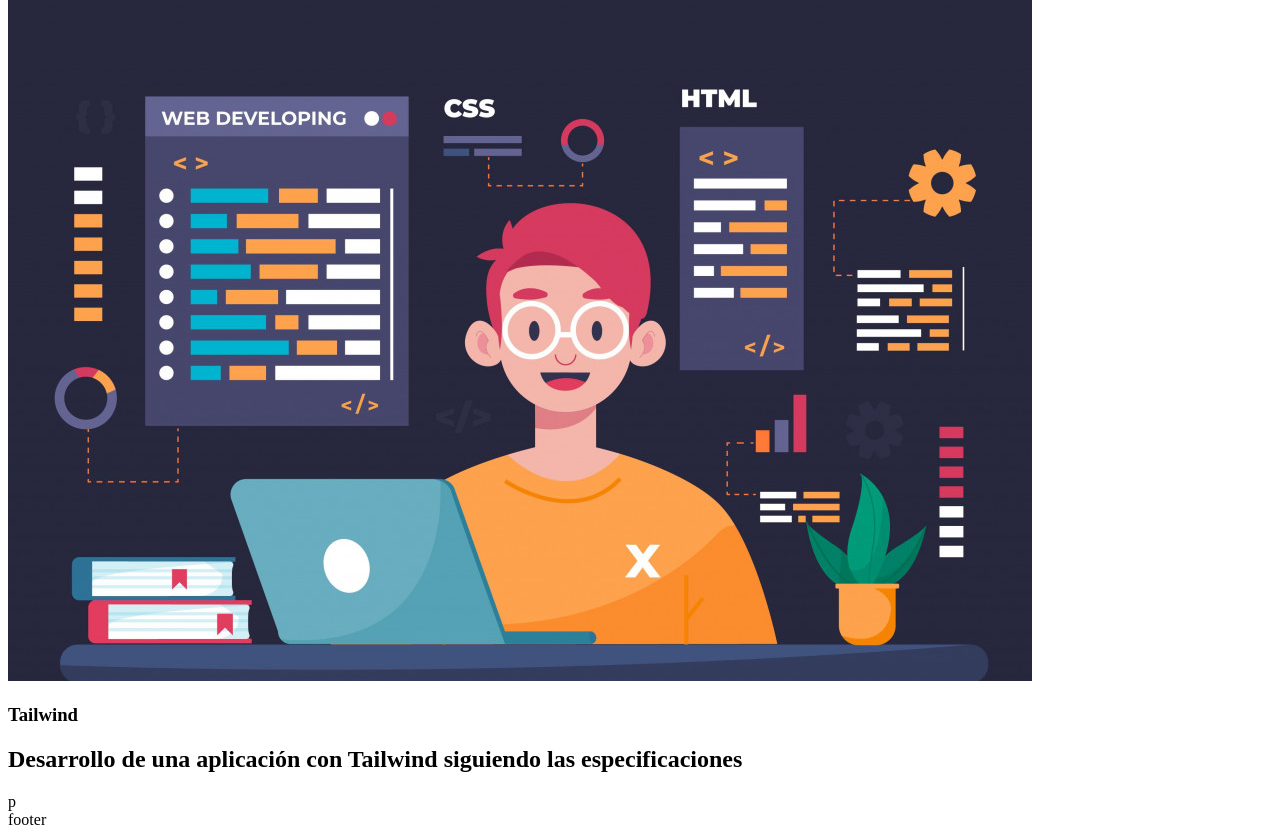
Repository: pedro-donoso/curso-tailwind
Page: index.html
The author's editor kept a copy of each file at every save. The page is drawn from the files as they stood at one save, then again after a run of saves.
The browser window is 1280 px wide. The pictures show the part of the page from y = 1644 to 2515 px (the page is 2481 px tall before and 2515 px after).
A picture or video elsewhere on the page could not be fetched, so the positions and the page height are approximate.

Above is the page before, as saved 2024-01-23 13:03:44.

### index.html
<!doctype html>
<html lang="es">

<head>
    <meta charset="UTF-8" />
    <meta name="viewport" content="width=device-width, initial-scale=1.0" />

    <link rel="stylesheet" href="tailwind.css" />

    <title>
        Curso Tailwind
    </title>
</head>

<body class="bg-slate-300">

    <header class="bg-white px-6 shadow">
        <div class="flex h-16 items-center justify-between max-w-6xl mx-auto">
            <button class="text-slate-500 hover:bg-sky-500 hover:text-slate-100 rounded p-1 -ml-1 transition-colors focus:ring-2 focus:ring-slate-200">
                <svg
                class="h-6 w-6"
                fill="none" stroke-width="1.5"
                stroke="currentColor"
                viewBox="0 0 24 24"
                    xmlns="http://www.w3.org/2000/svg" aria-hidden="true">
                    <path stroke-linecap="round" stroke-linejoin="round" d="M3.75 6.75h16.5M3.75 12h16.5m-16.5 5.25h16.5"></path>
                </svg>
            </button>

            <div class="flex -mr-4 items-center">
                 <a
            class="text-sky-500 hover:rotate-6 duration-200"
            href="">
              <svg
        class="h-8 w-8"
        fill="none"
        stroke-width="1.5"
        stroke="currentColor"
        viewBox="0 0 24 24"
            xmlns="http://www.w3.org/2000/svg" aria-hidden="true">
            <path stroke-linecap="round" stroke-linejoin="round"
                d="M4.26 10.147a60.438 60.438 0 0 0-.491 6.347A48.62 48.62 0 0 1 12 20.904a48.62 48.62 0 0 1 8.232-4.41 60.46 60.46 0 0 0-.491-6.347m-15.482 0a50.636 50.636 0 0 0-2.658-.813A59.906 59.906 0 0 1 12 3.493a59.903 59.903 0 0 1 10.399 5.84c-.896.248-1.783.52-2.658.814m-15.482 0A50.717 50.717 0 0 1 12 13.489a50.702 50.702 0 0 1 7.74-3.342M6.75 15a.75.75 0 1 0 0-1.5.75.75 0 0 0 0 1.5Zm0 0v-3.675A55.378 55.378 0 0 1 12 8.443m-7.007 11.55A5.981 5.981 0 0 0 6.75 15.75v-1.5">
            </path>
        </svg>
                </a>

                <div class="space-x-8 ml-8 hidden md:flex">
                    <a class="px-3 py-2 text-sky-500" href="#">Inicio</a>
                    <a class="text-slate-600 transition-colors px-3 py-2 hover:text-sky-500" href="#">Sobre mí</a>
                    <a class="text-slate-600 transition-colors px-3 py-2 hover:text-sky-500" href="#">Novedades</a>
                    <a class="text-slate-600 transition-colors px-3 py-2 hover:text-sky-500" href="#">Contacto</a>
                </div>

            </div>



            <div class="flex ">
                <button class="text-slate-500 hover:text-sky-500 rounded-full transition-colors focus:ring-2 focus:ring-slate-200 focus:ring-offset-1">
                    <svg
                    class="h-6 w-6"
                    fill="none"
                    stroke-width="1.5"
                    stroke="currentColor" viewBox="0 0 24 24"
                        xmlns="http://www.w3.org/2000/svg" aria-hidden="true">
                        <path stroke-linecap="round" stroke-linejoin="round"
                            d="M12 3v2.25m6.364.386-1.591 1.591M21 12h-2.25m-.386 6.364-1.591-1.591M12 18.75V21m-4.773-4.227-1.591 1.591M5.25 12H3m4.227-4.773L5.636 5.636M15.75 12a3.75 3.75 0 1 1-7.5 0 3.75 3.75 0 0 1 7.5 0Z">
                        </path>
                    </svg>
                </button>
                <button class="text-slate-500 hover:text-sky-500 rounded-full transition-colors focus:ring-2 focus:ring-slate-200 focus:ring-offset-1 ml-4">
                    <img class="h-6 w-6 rounded-full" src="https://ui-avatars.com/api?name=Pedro+Donoso" alt="Pedro Donoso">
                </button>
            </div>
        </div>

        <div class="space-y-1 pb-3 border-t pt-2 md:hidden">
            <a class="py-2 rounded-md block px-3 bg-sky-500 text-white" href="#">Inicio</a>

            <a class="text-slate-700 py-2 rounded-md transition-colors hover:bg-sky-500 hover:text-white block px-3"
                href="#">Sobre mí</a>

            <a class="text-slate-700 py-2 rounded-md transition-colors hover:bg-sky-500 hover:text-white block px-3"
                href="#">Novedades</a>

            <a class="text-slate-700 py-2 rounded-md transition-colors hover:bg-sky-500 hover:text-white block px-3"
                href="#">Contacto</a>
        </div>

    </header>

    <main class="p-4">
        <article>
            <div><img src="/public/img/imagen1.jpg" alt=""></div>
            <div>
                <h3>Tailwind</h3>
                <h2>Desarrollo de una aplicación con Tailwind siguiendo las especificaciones</h2>
                p
            </div>
            <div>footer</div>
        </article>
    </main>

</body>

</html>

Loaded but not shown: tailwind.css (common file)

After the next 2 saves:
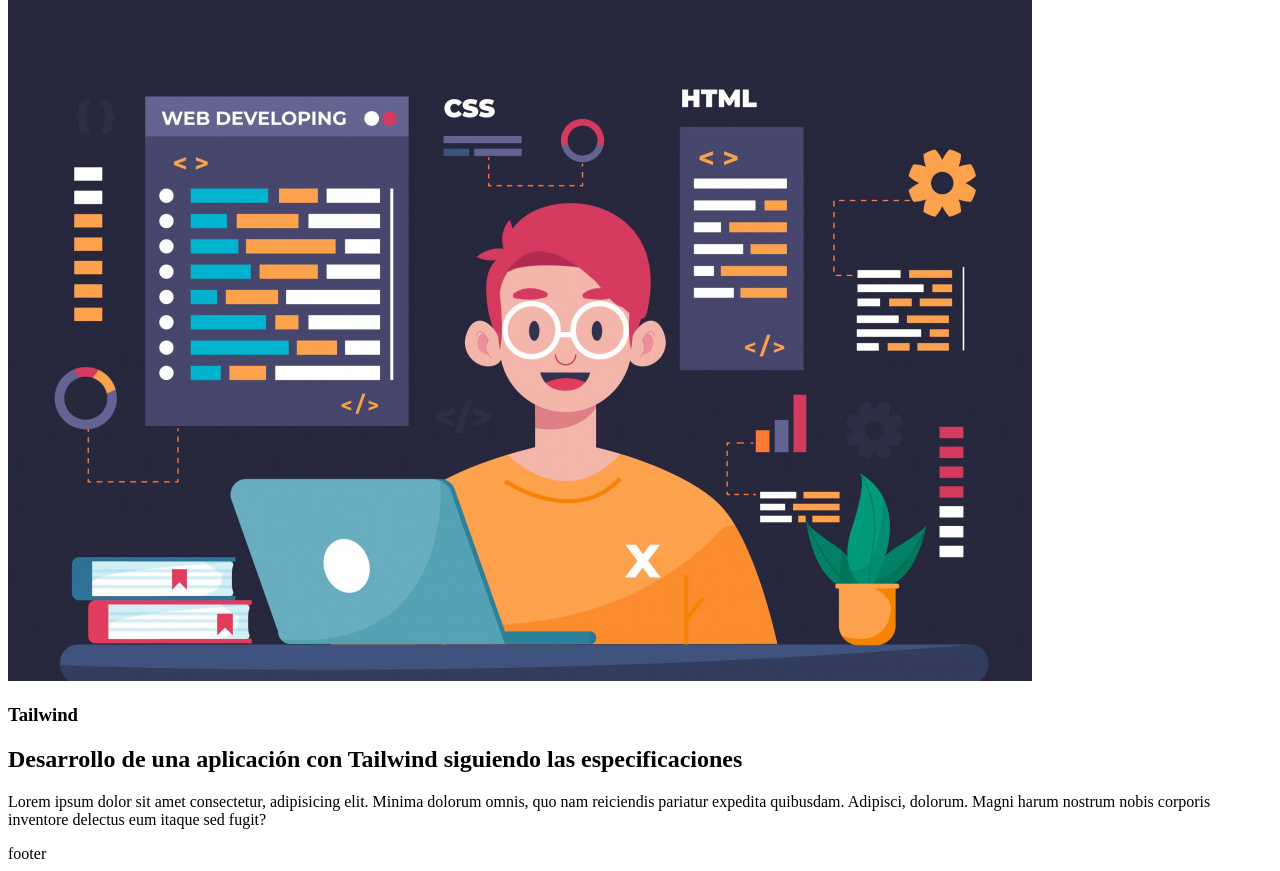
The 2 saves are shown as one change because they came seconds apart.
The last was saved 9 s later.
--- a/index.html
+++ b/index.html
@@ -95,7 +95,7 @@
             <div>
                 <h3>Tailwind</h3>
                 <h2>Desarrollo de una aplicación con Tailwind siguiendo las especificaciones</h2>
-                p
+                <p>Lorem ipsum dolor sit amet consectetur, adipisicing elit. Minima dolorum omnis, quo nam reiciendis pariatur expedita quibusdam. Adipisci, dolorum. Magni harum nostrum nobis corporis inventore delectus eum itaque sed fugit?</p>
             </div>
             <div>footer</div>
         </article>
